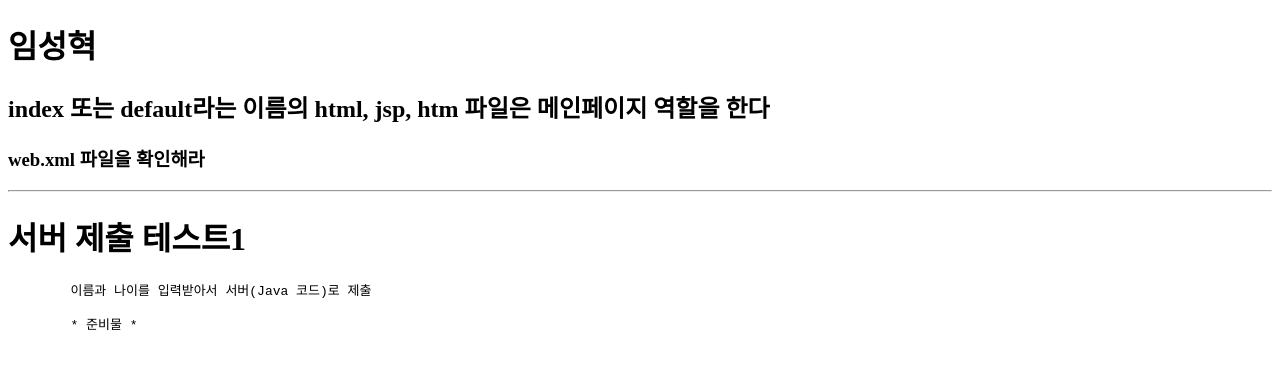
Repository: limbit95/05_Server
Page: ServletProject/src/main/webapp/index.html
The author's editor kept a copy of each file at every save. The page is drawn from the files as they stood at one save, then again after the next save.
The browser window is 1280 px wide. The pictures show the whole page.

Above is the page before, as saved 2024-03-21 02:35:10.

### ServletProject/src/main/webapp/index.html
<!DOCTYPE html>
<html lang="en">
<head>
    <meta charset="UTF-8">
    <meta name="viewport" content="width=device-width, initial-scale=1.0">
    <title>Servlet Project</title>
</head>
<body>
    <h1>임성혁</h1>
    <h2>index 또는 default라는 이름의 html, jsp, htm 파일은 메인페이지 역할을 한다</h2>
    <h3>web.xml 파일을 확인해라</h3>

    <hr>

    <h1>서버 제출 테스트1</h1>
    <pre>
    	이름과 나이를 입력받아서 서버(Java 코드)로 제출

    	* 준비물 *

    </pre>
</body>
</html>

After the next save:
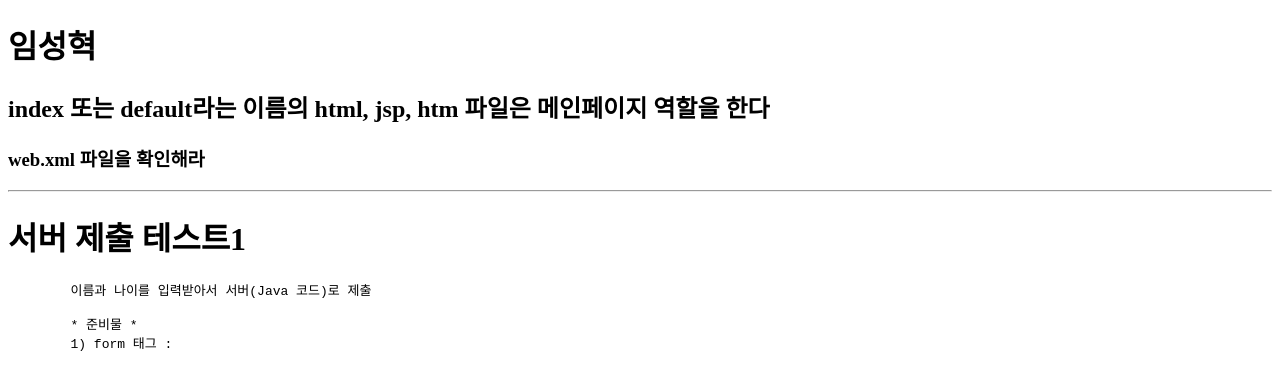
Saved 15 s later.
--- a/ServletProject/src/main/webapp/index.html
+++ b/ServletProject/src/main/webapp/index.html
@@ -17,7 +17,7 @@
     	이름과 나이를 입력받아서 서버(Java 코드)로 제출
 
     	* 준비물 *
-
+    	1) form 태그 :
     </pre>
 </body>
 </html>
